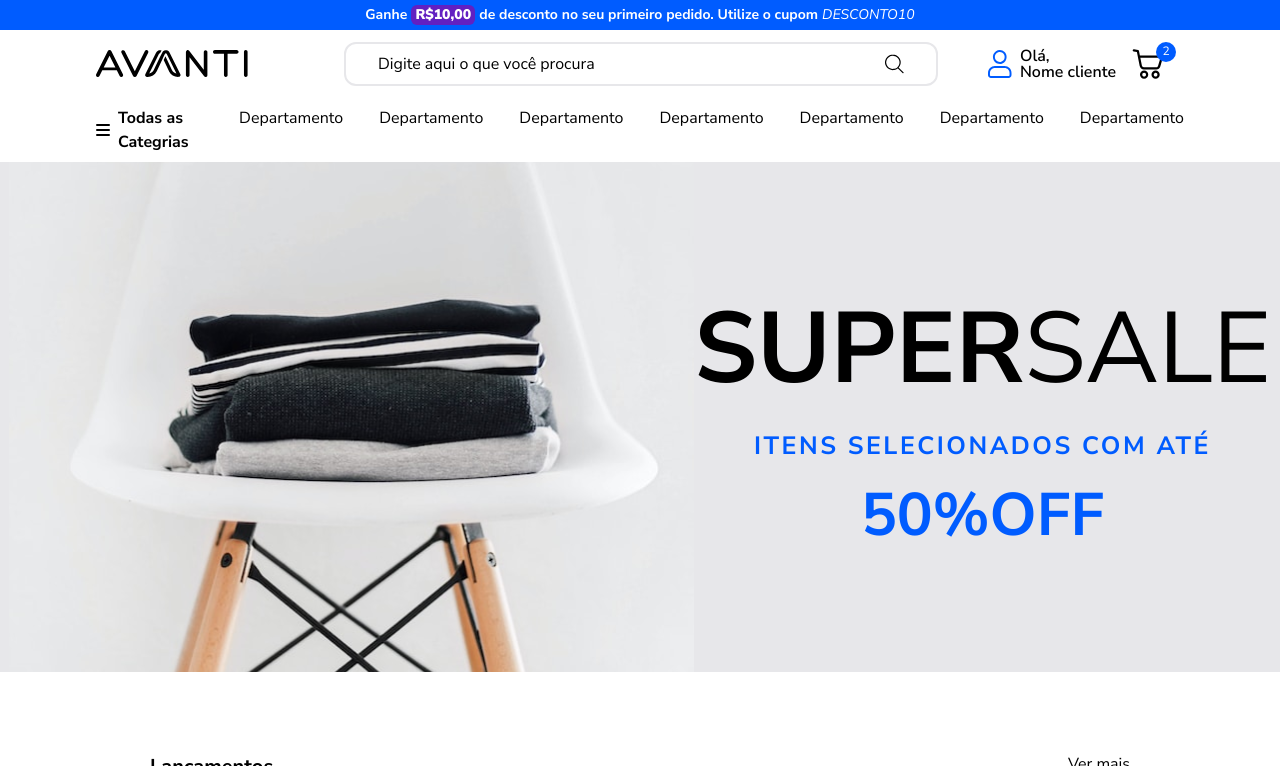
Repository: chidekina/avanti-01
Page: index.html
The author's editor kept a copy of each file at every save. The page is drawn from the files as they stood at one save, then again after the next save.
The browser window is 1280 px wide. The pictures show the part of the page from y = 0 to 766 px (the page is 4144 px tall before and 4132 px after).
A picture or video elsewhere on the page could not be fetched, so the positions and the page height are approximate.

Above is the page before, as saved 2025-04-09 17:43:07.

After the next save:
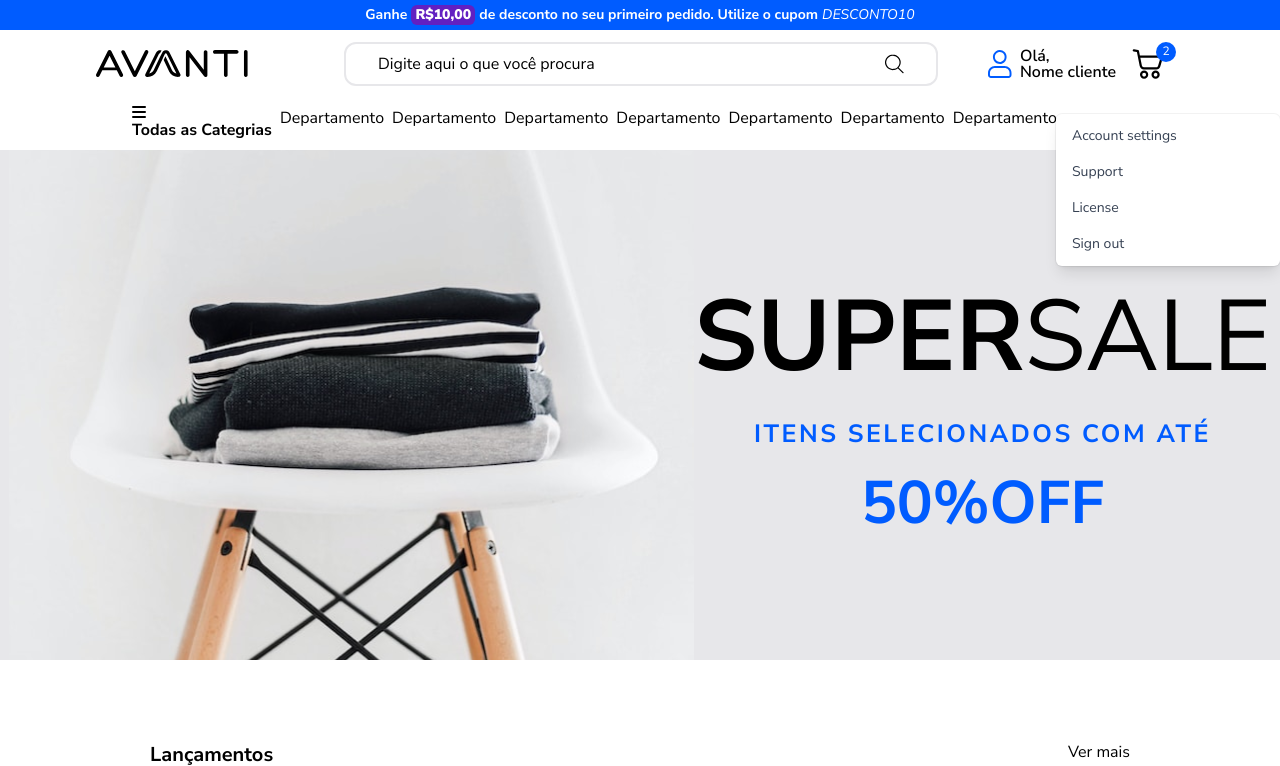
Saved 28 s later.
--- a/index.html
+++ b/index.html
@@ -52,7 +52,16 @@
               <img src="./assets/menu-hamburger.svg" alt="menu hamburguer" />
               <h5 class="font-bold" id="menu-button" aria-expanded="true" aria-haspopup="true">Todas as Categrias</h5>
               <path fill-rule="evenodd" d="M5.22 8.22a.75.75 0 0 1 1.06 0L10 11.94l3.72-3.72a.75.75 0 1 1 1.06 1.06l-4.25 4.25a.75.75 0 0 1-1.06 0L5.22 9.28a.75.75 0 0 1 0-1.06Z" clip-rule="evenodd" />
-
+              <div class="absolute right-0 z-10 mt-2 w-56 origin-top-right rounded-md bg-white ring-1 shadow-lg ring-black/5 focus:outline-hidden" role="menu" aria-orientation="vertical" aria-labelledby="menu-button" tabindex="-1">
+                <div class="py-1" role="none">
+                  <!-- Active: "bg-gray-100 text-gray-900 outline-hidden", Not Active: "text-gray-700" -->
+                  <a href="#" class="block px-4 py-2 text-sm text-gray-700" role="menuitem" tabindex="-1" id="menu-item-0">Account settings</a>
+                  <a href="#" class="block px-4 py-2 text-sm text-gray-700" role="menuitem" tabindex="-1" id="menu-item-1">Support</a>
+                  <a href="#" class="block px-4 py-2 text-sm text-gray-700" role="menuitem" tabindex="-1" id="menu-item-2">License</a>
+                  <form method="POST" action="#" role="none">
+                    <button type="submit" class="block w-full px-4 py-2 text-left text-sm text-gray-700" role="menuitem" tabindex="-1" id="menu-item-3">Sign out</button>
+                  </form>
+                </div>
             </div>
           </a>
           <a href="#"> Departamento </a>

After the save that followed:
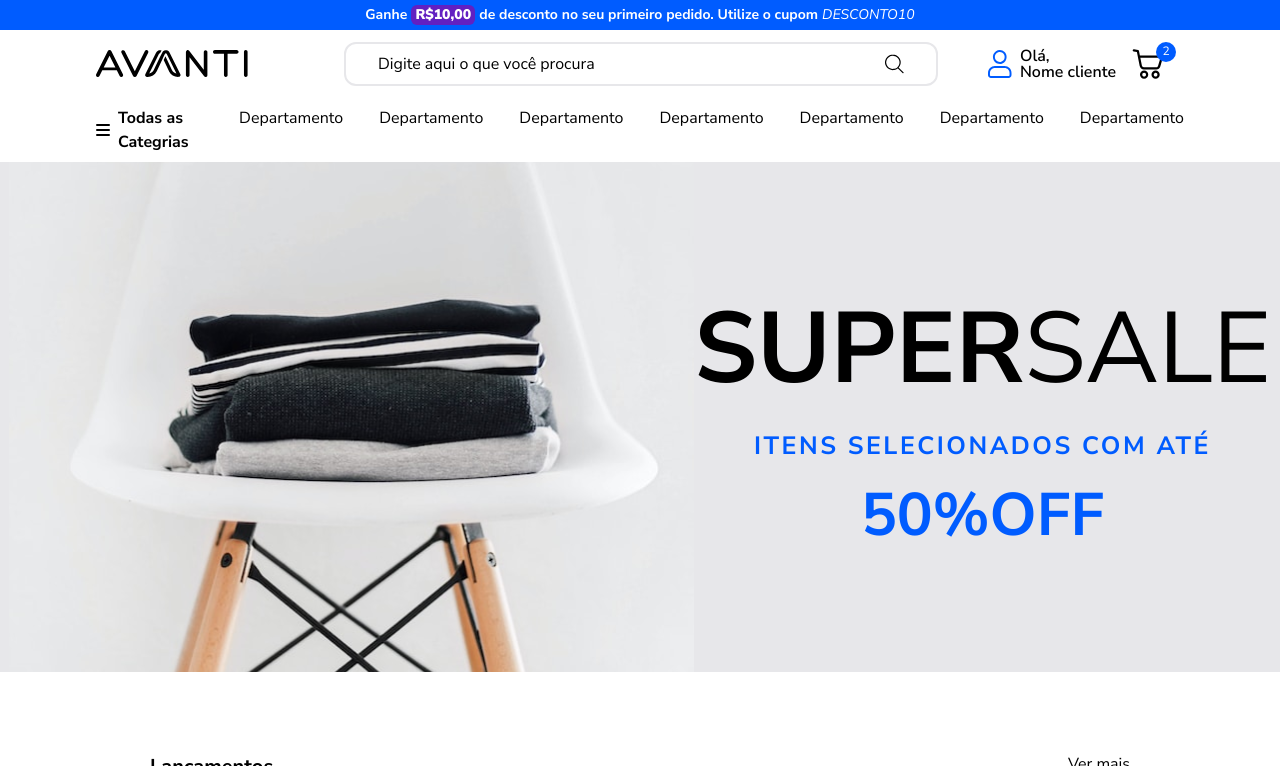
Saved 9 s later.
--- a/index.html
+++ b/index.html
@@ -52,16 +52,7 @@
               <img src="./assets/menu-hamburger.svg" alt="menu hamburguer" />
               <h5 class="font-bold" id="menu-button" aria-expanded="true" aria-haspopup="true">Todas as Categrias</h5>
               <path fill-rule="evenodd" d="M5.22 8.22a.75.75 0 0 1 1.06 0L10 11.94l3.72-3.72a.75.75 0 1 1 1.06 1.06l-4.25 4.25a.75.75 0 0 1-1.06 0L5.22 9.28a.75.75 0 0 1 0-1.06Z" clip-rule="evenodd" />
-              <div class="absolute right-0 z-10 mt-2 w-56 origin-top-right rounded-md bg-white ring-1 shadow-lg ring-black/5 focus:outline-hidden" role="menu" aria-orientation="vertical" aria-labelledby="menu-button" tabindex="-1">
-                <div class="py-1" role="none">
-                  <!-- Active: "bg-gray-100 text-gray-900 outline-hidden", Not Active: "text-gray-700" -->
-                  <a href="#" class="block px-4 py-2 text-sm text-gray-700" role="menuitem" tabindex="-1" id="menu-item-0">Account settings</a>
-                  <a href="#" class="block px-4 py-2 text-sm text-gray-700" role="menuitem" tabindex="-1" id="menu-item-1">Support</a>
-                  <a href="#" class="block px-4 py-2 text-sm text-gray-700" role="menuitem" tabindex="-1" id="menu-item-2">License</a>
-                  <form method="POST" action="#" role="none">
-                    <button type="submit" class="block w-full px-4 py-2 text-left text-sm text-gray-700" role="menuitem" tabindex="-1" id="menu-item-3">Sign out</button>
-                  </form>
-                </div>
+
             </div>
           </a>
           <a href="#"> Departamento </a>
